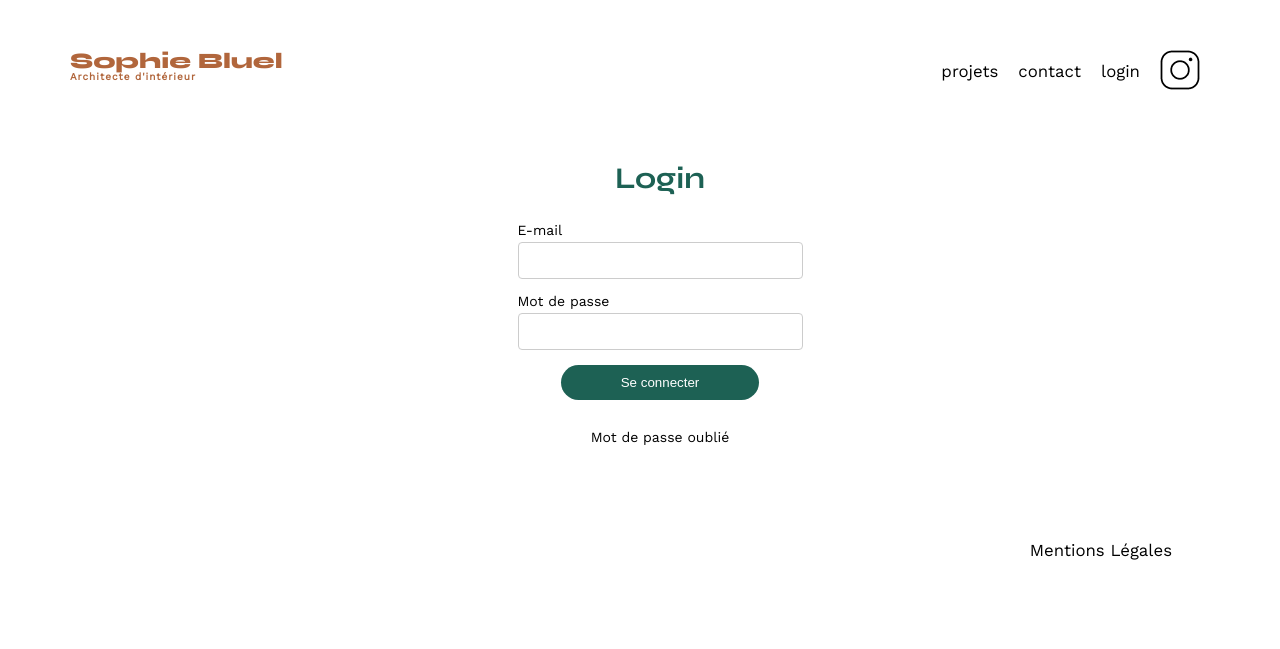
Repository: ByteVoyageur/OC-P6
Page: FrontEnd/assets/pages/login.html
An editor plug-in stored every save of this project. The page is shown before and after the next save, followed by the edit.
The browser window is 1280 px wide. The pictures show the whole page.
The page's requests for data from a server got no answer.

Above is the page before, as saved 2023-10-18 12:18:35.

### FrontEnd/assets/pages/login.html
<!DOCTYPE html>
<html lang="fr">

<head>
    <meta charset="UTF-8">
    <title>Sophie Bluel - Architecte d'intérieur</title>
    <meta name="viewport" content="width=device-width, initial-scale=1.0">
    <link rel="preconnect" href="https://fonts.googleapis.com">
    <link rel="preconnect" href="https://fonts.gstatic.com" crossorigin>
    <link href="https://fonts.googleapis.com/css2?family=Syne:wght@700;800&family=Work+Sans&display=swap"
        rel="stylesheet">
    <meta name="description" content="">
    <link rel="stylesheet" href="/FrontEnd/assets/style.css">
    <script src="./assets/js/gallery.js" defer></script>
    <script src="./assets/js/login.js" defer></script>
</head>

<body>
    <div class="wrapper">
        <header>
            <h1>Sophie Bluel <span>Architecte d&apos;intérieur</span></h1>
            <nav>
                <ul>
                    <li>projets</li>
                    <li>contact</li>
                    <li>login</li>
                    <li><img src="/FrontEnd/assets/icons/instagram.png" alt="Instagram"></li>
                </ul>
            </nav>
        </header>
        <main>
            <section id="login-section">
                <div class="login-content">
                    <h2>Login</h2>
                    <form id="login-page-form">
                        <div class="login-field-group">
                            <label for="user-email">E-mail</label>
                            <input type="text" id="user-email" name="username" required>
                        </div>
                        <div class="login-field-group">
                            <label for="user-password">Mot de passe</label>
                            <input type="password" id="user-password" name="password" required>
                        </div>
                        <div class="login-submit-button">
                            <button type="submit">Se connecter</button>
                        </div>
                    </form>
                    <a id="forgot-password-link">Mot de passe oublié</a>
                </div>
            </section>
        </main>
    </div>
    <div class="footer-push"></div>
    <footer>
        <nav>
            <ul>
                <li>Mentions Légales</li>
            </ul>
        </nav>
    </footer>
</body>

### FrontEnd/assets/style.css
/* http://meyerweb.com/eric/tools/css/reset/
   v2.0 | 20110126
   License: none (public domain)
*/

html,
body,
div,
span,
applet,
object,
iframe,
h1,
h2,
h3,
h4,
h5,
h6,
p,
blockquote,
pre,
a,
abbr,
acronym,
address,
big,
cite,
code,
del,
dfn,
em,
img,
ins,
kbd,
q,
s,
samp,
small,
strike,
strong,
sub,
sup,
tt,
var,
b,
u,
i,
center,
dl,
dt,
dd,
ol,
ul,
li,
fieldset,
form,
label,
legend,
table,
caption,
tbody,
tfoot,
thead,
tr,
th,
td,
article,
aside,
canvas,
details,
embed,
figure,
figcaption,
footer,
header,
hgroup,
menu,
nav,
output,
ruby,
section,
summary,
time,
mark,
audio,
video {
  margin: 0;
  padding: 0;
  border: 0;
  font-size: 100%;
  font: inherit;
  vertical-align: baseline;
}
/* HTML5 display-role reset for older browsers */
article,
aside,
details,
figcaption,
figure,
footer,
header,
hgroup,
menu,
nav,
section {
  display: block;
}
body {
  line-height: 1;
}
ol,
ul {
  list-style: none;
}
blockquote,
q {
  quotes: none;
}
blockquote:before,
blockquote:after,
q:before,
q:after {
  content: '';
  content: none;
}
table {
  border-collapse: collapse;
  border-spacing: 0;
}
/** end reset css**/
body {
  max-width: 1140px;
  margin: auto;
  font-family: 'Work Sans';
  font-size: 14px;
}
header {
  display: flex;
  justify-content: space-between;
  margin: 50px 0;
}
section {
  margin: 50px 0;
}

h1 {
  display: flex;
  flex-direction: column;
  font-family: 'Syne';
  font-size: 22px;
  font-weight: 800;
  color: #b1663c;
}

h1 > span {
  font-family: 'Work Sans';
  font-size: 10px;
  letter-spacing: 0.1em;
}

h2 {
  font-family: 'Syne';
  font-weight: 700;
  font-size: 30px;
  color: #1d6154;
}
nav ul {
  display: flex;
  align-items: center;
  list-style-type: none;
}
nav li {
  padding: 0 10px;
  font-size: 1.2em;
}

li:hover {
  color: #b1663c;
}
#introduction {
  display: flex;
  align-items: center;
}
#introduction figure {
  flex: 1;
}
#introduction img {
  display: block;
  margin: auto;
  width: 80%;
}

#introduction article {
  flex: 1;
}
#introduction h2 {
  margin-bottom: 1em;
}

#introduction p {
  margin-bottom: 0.5em;
}
#portfolio h2 {
  text-align: center;
  margin-bottom: 1em;
}

#category-buttons {
  display: flex;
  justify-content: center;
  margin-bottom: 2em;
  gap: 15px;
}

#category-buttons button {
  padding: 10px 20px;
  border: 1px solid #1d6154;
  border-radius: 20px;
  background-color: transparent;
  cursor: pointer;
  transition: background-color 0.3s ease;
  color: #1d6154;
}

#category-buttons button:hover {
  background-color: #1d6154;
  color: white;
}

#category-buttons button.active {
  background-color: #1d6154;
  color: white;
}

.gallery {
  width: 100%;
  display: grid;
  grid-template-columns: 1fr 1fr 1fr;
  grid-column-gap: 20px;
  grid-row-gap: 20px;
}

.gallery img {
  width: 100%;
}

#contact {
  width: 50%;
  margin: auto;
}

#contact > * {
  text-align: center;
}

#contact h2 {
  margin-bottom: 20px;
}

#contact form {
  text-align: left;
  margin-top: 30px;
  display: flex;
  flex-direction: column;
}

#contact input,
#contact textarea {
  border: none;
  box-shadow: 0px 4px 14px rgba(0, 0, 0, 0.09);
}

#contact input {
  height: 50px;
  font-size: 1.2em;
}

#contact label {
  margin: 2em 0 1em 0;
}

input[type='submit'] {
  font-family: 'Syne';
  font-weight: 700;
  color: white;
  background-color: #1d6154;
  margin: 2em auto;
  width: 180px;
  text-align: center;
  border-radius: 60px;
}

footer nav ul {
  display: flex;
  justify-content: flex-end;
  margin: 2em;
}

/* Basic styles for the login section */
#login-section {
  position: relative;
  width: 100%;
  padding: 20px;
}

#login-section .login-content {
  display: flex;
  flex-direction: column;
  align-items: center;
  background-color: #ffffff;
  border-radius: 8px;
}

#login-page-form {
  width: 100%;
  display: flex;
  flex-direction: column;
  align-items: center;
  justify-content: center;
  margin-top: 30px;
}

.login-field-group {
  width: 25%;
  display: flex;
  flex-direction: column;
  margin-bottom: 15px;
  gap: 5px;
}

/* Input fields and button styles */
#login-page-form input {
  padding: 10px;
  border: 1px solid #ccc;
  border-radius: 4px;
}

#login-page-form button {
  padding: 10px 60px;
  background-color: #1d6154;
  color: #ffffff;
  border: none;
  border-radius: 60px;
  cursor: pointer;
  margin-bottom: 30px;
}

.wrapper {
  min-height: 100%; /* This makes sure that it at least spans the height of the viewport */
  margin-bottom: -50px;
}

.footer-push {
  height: 50px;
}

footer {
  height: 50px;
}

### FrontEnd/assets/js/gallery.js
document.addEventListener('DOMContentLoaded', function () {
  const apiEndpoint = 'http://localhost:5678/api/works'
  let data

  fetch(apiEndpoint)
    .then((response) => response.json())
    .then((fetchedData) => {
      data = fetchedData
      displayData(data)

      const buttons = document.querySelectorAll('#category-buttons button')

      buttons.forEach((button) => {
        button.addEventListener('click', () => {
          const category = button.getAttribute('data-category')
          displayData(
            category === 'tous'
              ? data
              : data.filter((item) => item.category.name === category)
          )
        })
      })
    })
    .catch((error) => {
      console.error('Error fetching data:', error)
    })

  function displayData(filteredData) {
    const galleryDiv = document.querySelector('.gallery')
    galleryDiv.innerHTML = ''
    filteredData.forEach((item) => {
      let figure = document.createElement('figure')

      let img = document.createElement('img')
      img.src = item.imageUrl
      img.alt = item.title

      let figcaption = document.createElement('figcaption')
      figcaption.textContent = item.title

      figure.appendChild(img)
      figure.appendChild(figcaption)

      galleryDiv.appendChild(figure)
    })
  }
})

### FrontEnd/assets/js/login.js
document.addEventListener('DOMContentLoaded', function () {
  const forgotPasswordLink = document.getElementById('forgot-password-link')
  forgotPasswordLink.addEventListener('click', function () {
    alert(
      "Veuillez contacter l'administrateur pour réinitialiser votre mot de passe."
    )
  })

  const loginForm = document.getElementById('login-page-form')
  loginForm.addEventListener('submit', function (event) {
    event.preventDefault()

    const userEmail = document.getElementById('user-email').value
    const userPassword = document.getElementById('user-password').value

    if (userEmail === '' || userPassword === '') {
      alert('Veuillez remplir tous les champs.')
      return
    }

    alert('Login effectué avec succès!')
  })
})

After the next save:
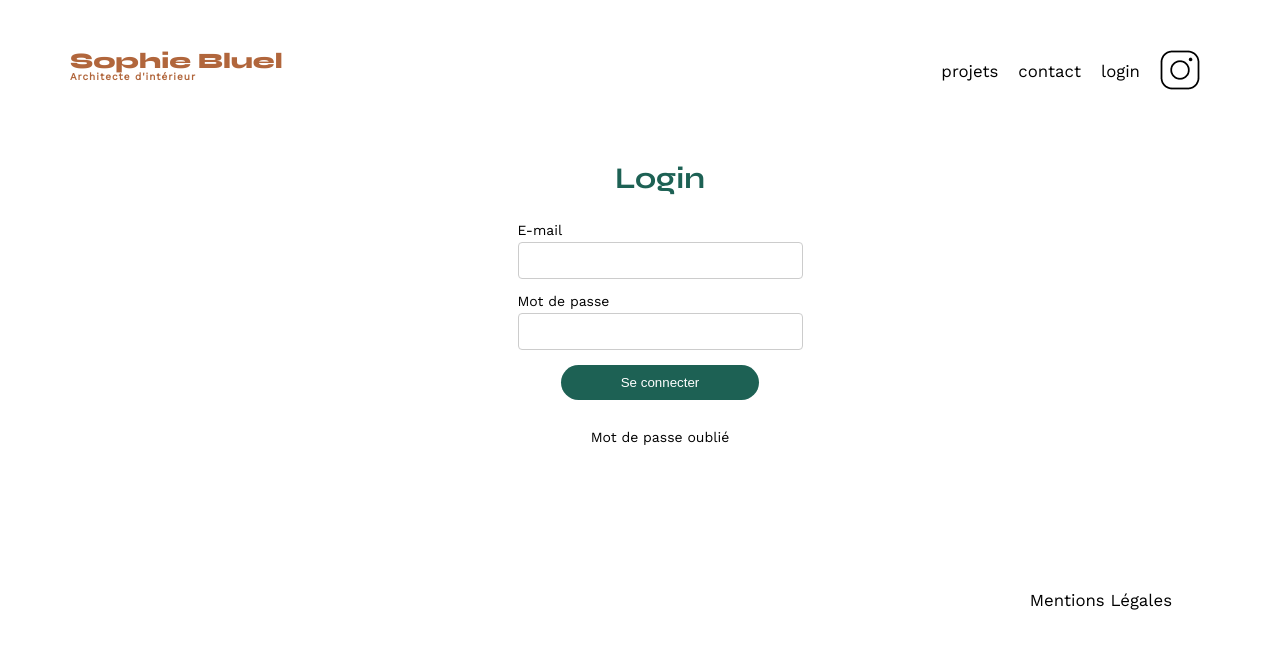
Saved 7 min 0 s later.
--- a/FrontEnd/assets/style.css
+++ b/FrontEnd/assets/style.css
@@ -346,7 +346,8 @@ footer nav ul {
 }
 
 .wrapper {
-  min-height: 100%; /* This makes sure that it at least spans the height of the viewport */
+  position: relative;
+  min-height: calc(100vh -)
   margin-bottom: -50px;
 }
 
